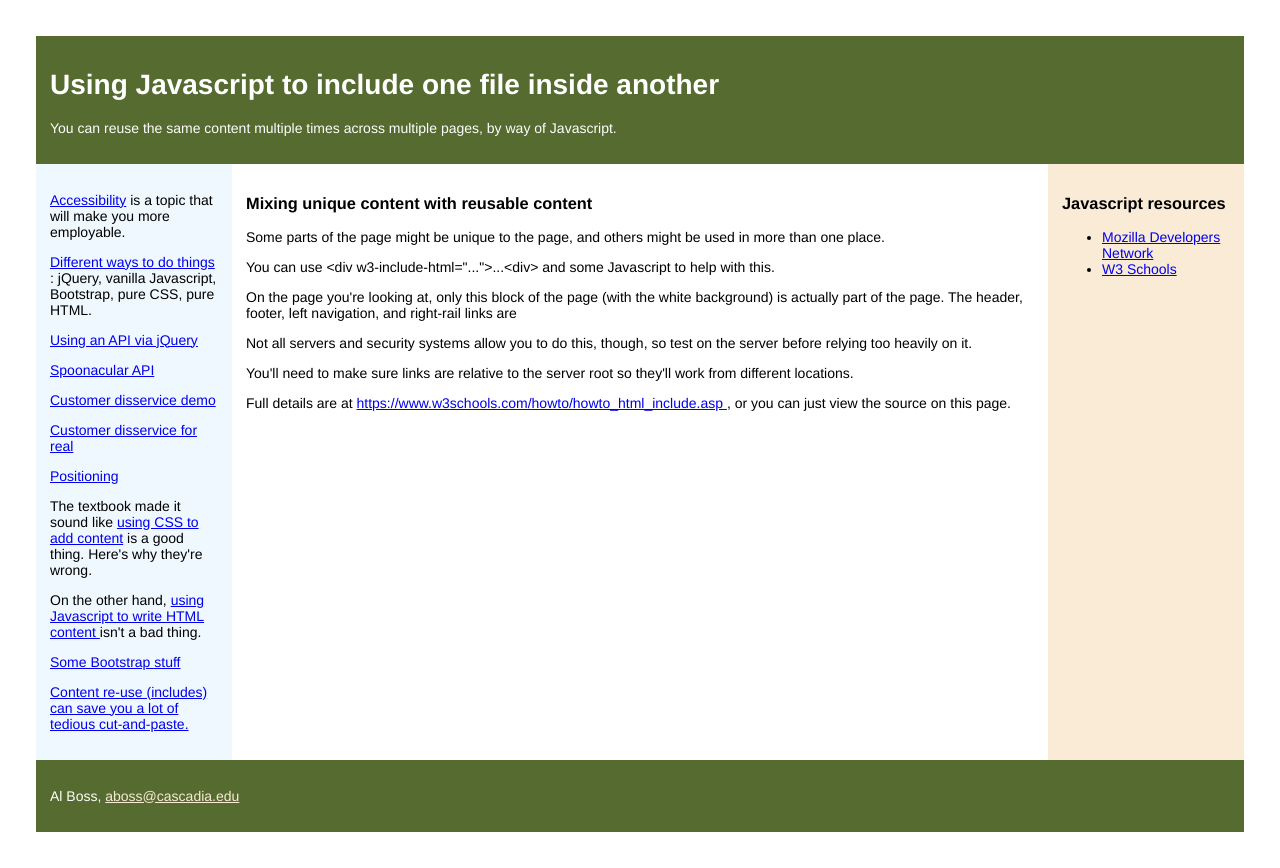
Repository: alboss/bit-175
Page: docs/includes-index.html
An editor plug-in stored every save of this project. The page is shown before and after the next save, followed by the edit.
The browser window is 1280 px wide. The pictures show the whole page.

Above is the page before, as saved 2023-05-10 17:26:03.

### docs/includes-index.html
<!DOCTYPE html>
<html lang="en">
  <head>
    <meta charset="UTF-8" />
    <meta http-equiv="X-UA-Compatible" content="IE=edge" />
    <meta name="viewport" content="width=device-width, initial-scale=1.0" />
    <title>Using Javascript to include one file inside another</title>
    <link rel="stylesheet" type="text/css" href="./styles/styles.css" />
    <style>
      .page-parts,
      .page-parts-body {
        display: flex;
        flex-direction: column;
      }

      .page-parts-nav {
        order: -1;
        background-color: aliceblue;
      }

      @media (min-width: 768px) {
        .page-parts-body {
          flex-direction: row;
          flex: 1;
        }
        .page-parts-content {
          flex: 1;
          padding: 1em;
        }
        .page-parts-nav,
        .page-parts-aside {
          /* 12em is the width of the columns */
          flex: 0 0 12em;
          padding: 1em;
        }
        .page-parts-aside {
          background-color: antiquewhite;
        }
        header,
        footer {
          background-color: darkolivegreen;
          color: #fff;
          padding: 1em;
        }
      }
      footer a {
        color: antiquewhite;
      }
    </style>
  </head>

  <body class="page-parts">
    <header>
      <h1>Using Javascript to include one file inside another</h1>
      <p>
        You can reuse the same content multiple times across multiple pages, by
        way of Javascript.
      </p>
    </header>

    <div class="page-parts-body">
      <main class="page-parts-content">
        <h3>Mixing unique content with reusable content</h3>
        <p>
          Some parts of the page might be unique to the page, and others might
          be used in more than one place.
        </p>
        <p>
          You can use &lt;div w3-include-html="..."&gt;...&lt;div&gt; and some
          Javascript to help with this.
        </p>
        <p>On the page you're looking at, only this block of the page (with the white background) is actually part of the page. The header, footer, left navigation, and right-rail links are </p>
        <p>
          Not all servers and security systems allow you to do this, though, so
          test on the server before relying too heavily on it.
        </p>
        <p>
          You'll need to make sure links are relative to the server root so
          they'll work from different locations.
        </p>
        <p>
          Full details are at
          <a href="https://www.w3schools.com/howto/howto_html_include.asp">
            https://www.w3schools.com/howto/howto_html_include.asp
          </a>
          , or you can just view the source on this page.
        </p>
      </main>
      <nav class="page-parts-nav">
        <div w3-include-html="./includes-nav.html"></div>
      </nav>
      <aside class="page-parts-aside">
        <div w3-include-html="./includes-something-else.html"></div>
      </aside>
    </div>
    <footer>
      <div w3-include-html="./includes-footer.html"></div>
    </footer>
    <script src="./includes.js"></script>
    <script>
      includeHTML();
    </script>
  </body>
</html>

### docs/styles/styles.css
body {
  font-family: Helvetica, Arial, Sans-serif;
  font-size: 14px;
  padding: 2em;
}
#description {
  border: 2px solid #999;
  padding: 2em;
  margin: 2em;
}
#lead {
  font-size: 1.2em;
  color: #666;
}
.highlight {
  background-color: yellow;
  font-weight: bold;
}

nav.top ul {
  display: flex;
}
nav.top ul li {
  margin: 0px;
  padding: 10px 25px;
  border-inline: 2px solid #333;
  margin-left: -2px;
  background-color: cornsilk;
  list-style: none;
}
nav.top ul li:hover {
  background-color: blanchedalmond;
  list-style: none;
  display: block;
}

### docs/includes.js
function includeHTML() {
  let z, i, elmnt, file, xhttp;
  /* Loop through a collection of all HTML elements: */
  z = document.getElementsByTagName("*");
  for (i = 0; i < z.length; i++) {
    elmnt = z[i];
    /*search for elements with a certain atrribute:*/
    file = elmnt.getAttribute("w3-include-html");
    if (file) {
      /* Make an HTTP request using the attribute value as the file name: */
      xhttp = new XMLHttpRequest();
      xhttp.onreadystatechange = function () {
        if (this.readyState == 4) {
          if (this.status == 200) {
            elmnt.innerHTML = this.responseText;
          }
          if (this.status == 404) {
            elmnt.innerHTML = "Page not found.";
          }
          /* Remove the attribute, and call this function once more: */
          elmnt.removeAttribute("w3-include-html");
          includeHTML();
        }
      };
      xhttp.open("GET", file, true);
      xhttp.send();
      /* Exit the function: */
      return;
    }
  }
}

### docs/includes-nav.html
<p>
  <a href="./a11y.html">Accessibility</a>
  is a topic that will make you more employable.
</p>
<p>
  <a href="./choices/">Different ways to do things</a>
  : jQuery, vanilla Javascript, Bootstrap, pure CSS, pure HTML.
</p>
<p><a href="./api.html">Using an API via jQuery</a></p>
<p><a href="./spoonacular-api/index.html">Spoonacular API</a></p>
<p><a href="./customer-service-demo.html">Customer disservice demo</a></p>
<p><a href="./customer-service.html">Customer disservice for real</a></p>
<p><a href="./positioning.html">Positioning</a></p>
<p>
  The textbook made it sound like
  <a href="./css-is-not-content.html">using CSS to add content</a>
  is a good thing. Here's why they're wrong.
</p>
<p>
  On the other hand,
  <a href="./includes/js-write-html.html">
    using Javascript to write HTML content
  </a>
  isn't a bad thing.
</p>
<p><a href="./bootstrap/">Some Bootstrap stuff</a></p>
<p>
  <a href="./includes-index.html">
    Content re-use (includes) can save you a lot of tedious cut-and-paste.
  </a>
</p>

### docs/includes-something-else.html
<h3>Javascript resources</h3>
<ul>
  <li>
    <a href="https://developer.mozilla.org/en-US/docs/Web/JavaScript">
      Mozilla Developers Network
    </a>
  </li>
  <li>
    <a href="https://www.w3schools.com/js/default.asp">W3 Schools</a>
  </li>
</ul>

### docs/includes-footer.html
<p>
  Al Boss,
  <a href="mailto:aboss@cascadia.edu">aboss@cascadia.edu</a>
</p>

After the next save:
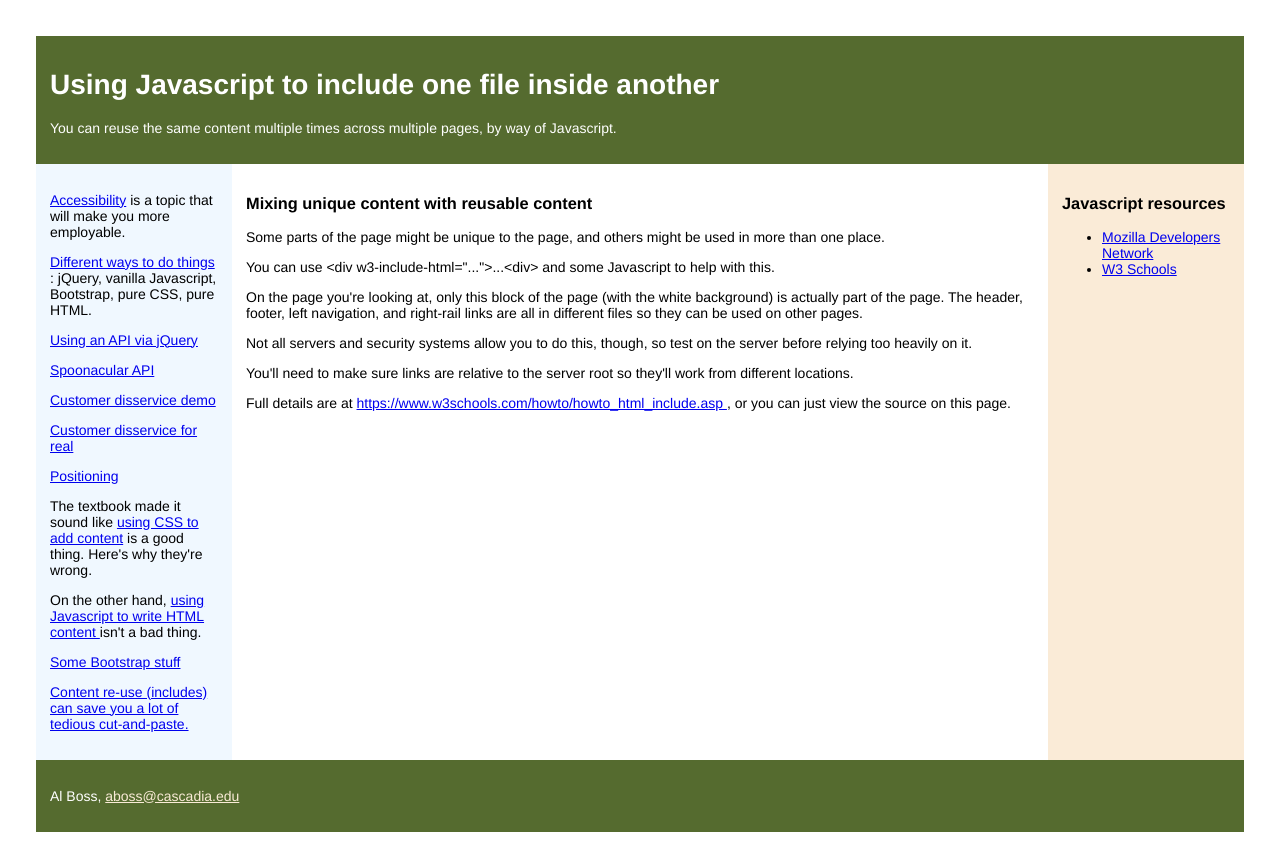
Saved 11 s later.
--- a/docs/includes-index.html
+++ b/docs/includes-index.html
@@ -69,7 +69,12 @@
           You can use &lt;div w3-include-html="..."&gt;...&lt;div&gt; and some
           Javascript to help with this.
         </p>
-        <p>On the page you're looking at, only this block of the page (with the white background) is actually part of the page. The header, footer, left navigation, and right-rail links are </p>
+        <p>
+          On the page you're looking at, only this block of the page (with the
+          white background) is actually part of the page. The header, footer,
+          left navigation, and right-rail links are all in different files so
+          they can be used on other pages.
+        </p>
         <p>
           Not all servers and security systems allow you to do this, though, so
           test on the server before relying too heavily on it.
